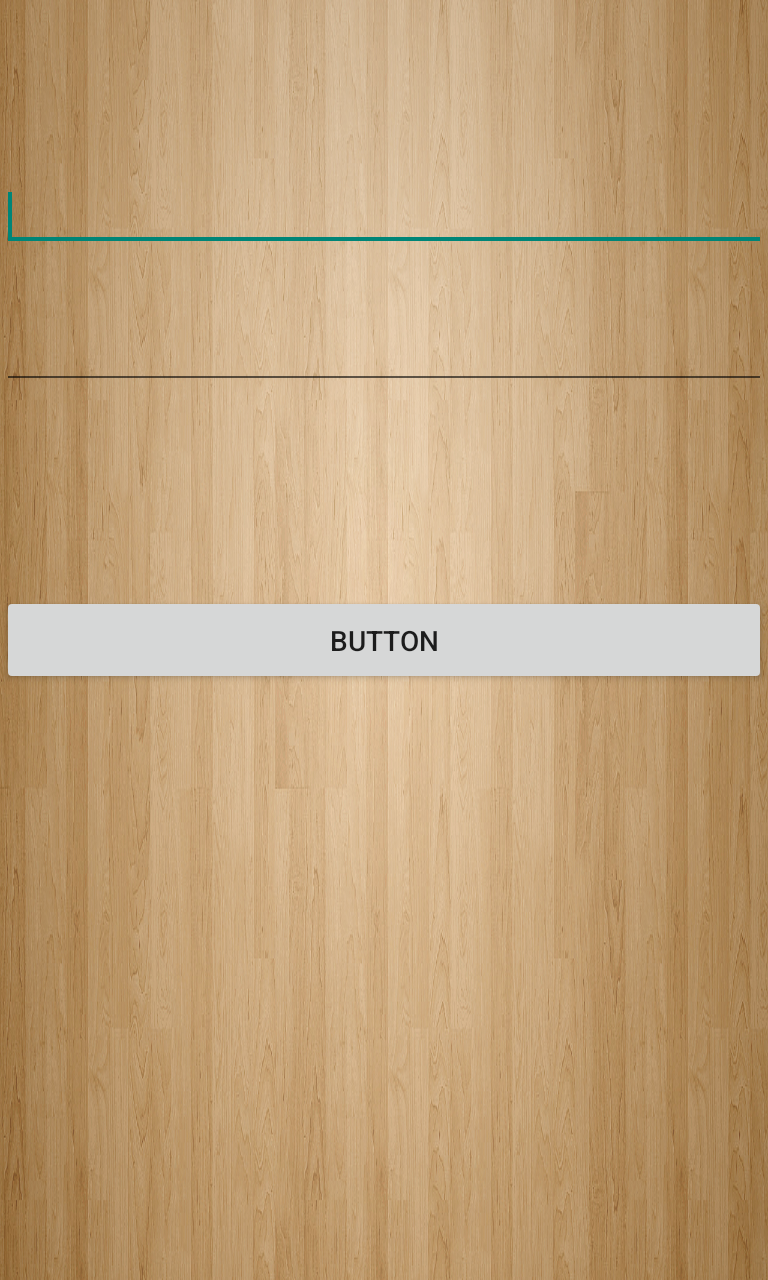
Repository: vipinvkamara/SampleProgram
Layout: SharedPreferance/res/layout/activity_main.xml
An editor plug-in stored every save of this project. The layout is shown before and after the next save, followed by the edit.
It is drawn on a 768 x 1280 px phone screen (xhdpi) without system bars, with theme AppTheme; the app's code is not run.

Above is the layout before, as saved 2015-01-02 05:53:00.

### SharedPreferance/res/layout/activity_main.xml
<RelativeLayout xmlns:android="http://schemas.android.com/apk/res/android"
    xmlns:tools="http://schemas.android.com/tools"
    android:layout_width="match_parent"
    android:layout_height="match_parent"
    android:background="@drawable/wood"
    tools:context="com.example.sharedpreferance.MainActivity" >

    <EditText
        android:id="@+id/editText1"
        android:layout_width="match_parent"
        android:layout_height="wrap_content"
        android:layout_alignParentLeft="true"
        android:layout_alignParentTop="true"
        android:layout_marginTop="86dp"
        android:ems="10" >

        <requestFocus />
    </EditText>

    <EditText
        android:id="@+id/editText2"
        android:layout_width="match_parent"
        android:layout_height="wrap_content"
        android:layout_below="@+id/editText1"
        android:layout_centerHorizontal="true"
        android:layout_marginTop="28dp"
        android:ems="10"
        android:inputType="textPassword" />

    <Button
        android:id="@+id/button1"
        android:layout_width="match_parent"
        android:layout_height="wrap_content"
        android:layout_alignLeft="@+id/editText2"
        android:layout_centerVertical="true"
        android:text="Button" />

</RelativeLayout>

Loaded but not shown: SharedPreferance/res/values/styles.xml (common file); SharedPreferance/res/values-v11/styles.xml (common file); SharedPreferance/res/values-v14/styles.xml (common file)

After the next save:
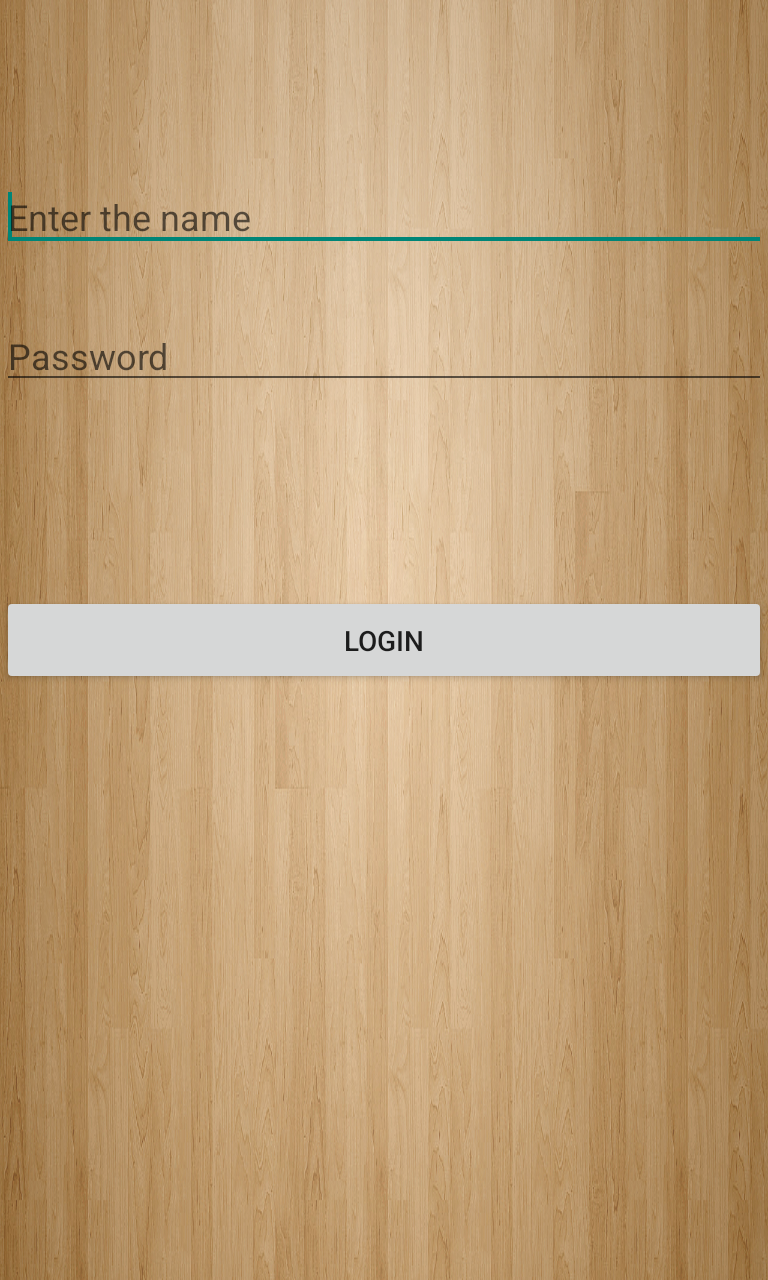
Saved 95 s later.
--- a/SharedPreferance/res/layout/activity_main.xml
+++ b/SharedPreferance/res/layout/activity_main.xml
@@ -12,7 +12,8 @@
         android:layout_alignParentLeft="true"
         android:layout_alignParentTop="true"
         android:layout_marginTop="86dp"
-        android:ems="10" >
+        android:ems="10"
+        android:hint="Enter the name" >
 
         <requestFocus />
     </EditText>
@@ -25,6 +26,7 @@
         android:layout_centerHorizontal="true"
         android:layout_marginTop="28dp"
         android:ems="10"
+        android:hint="Password"
         android:inputType="textPassword" />
 
     <Button
@@ -33,6 +35,6 @@
         android:layout_height="wrap_content"
         android:layout_alignLeft="@+id/editText2"
         android:layout_centerVertical="true"
-        android:text="Button" />
+        android:text="Login" />
 
 </RelativeLayout>
